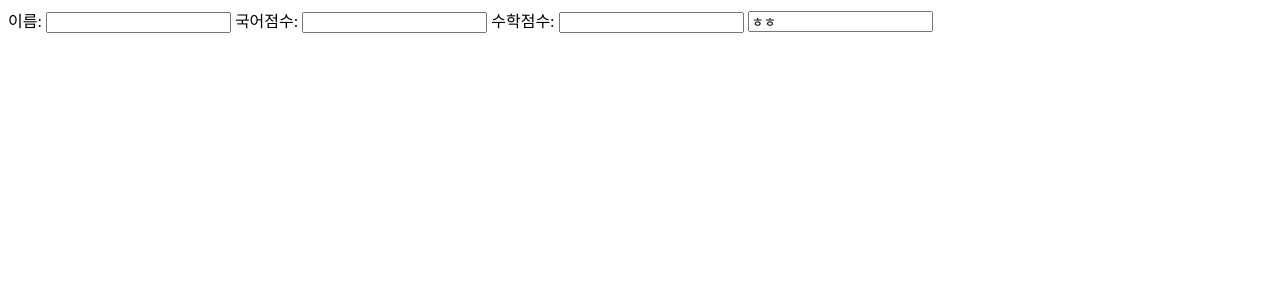
Repository: Muji1412/JSPstudy
Page: http://localhost/JSPbasic/actiontag/Quiz.jsp
The author's editor kept a copy of each file at every save. The page is drawn from the files as they stood at one save, then again after the next save.
The browser window is 1280 px wide. The pictures show the whole page.
The page is served by Tomcat 9. Nobody is signed in. The application's start-up code is not run.

Above is the page before, as saved 2025-02-21 05:43:01.

After the next save:
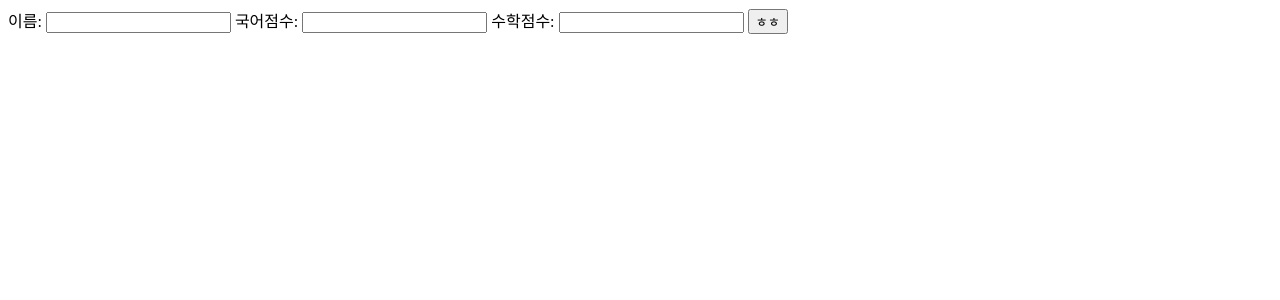
Saved 16 s later.
--- a/workspace/JSPbasic/src/main/webapp/actiontag/Quiz.jsp
+++ b/workspace/JSPbasic/src/main/webapp/actiontag/Quiz.jsp
@@ -11,7 +11,7 @@
 		이름: <input type="text" name="name">
 		국어점수: <input type="text" name="korean">
 		수학점수: <input type="text" name="math">
-		<input type="text" value = "ㅎㅎ">
+		<input type="submit" value = "ㅎㅎ">
 
 
 	</form>
